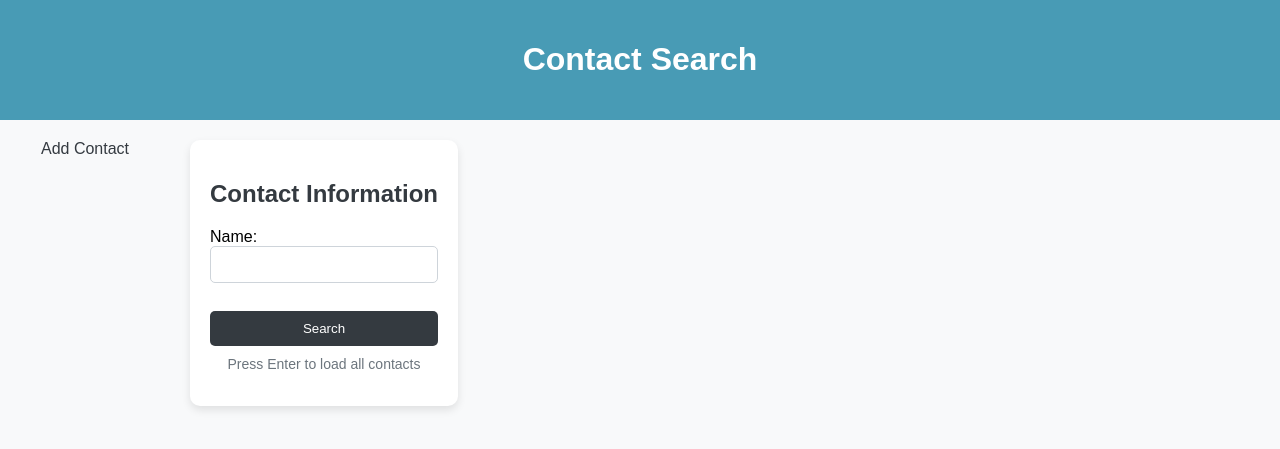
Repository: jonahnathan/techExercise
Page: webproject/src/main/webapp/simpleFormSearch.html
These files come from the project's save history. The page is drawn as it stood at one moment and after the next save; the edit follows.
The browser window is 1280 px wide. The pictures show the whole page.

Above is the page before, as saved 2024-03-28 22:58:50.

### webproject/src/main/webapp/simpleFormSearch.html
<!DOCTYPE html>
<html lang="en">
<head>
    <meta charset="UTF-8">
    <meta name="viewport" content="width=device-width, initial-scale=1.0">
    <title>Contact Search</title>
    <style>
        body {
            font-family: Arial, sans-serif;
            margin: 0;
            padding: 0;
            background-color: #f8f9fa;
        }

        header {
            background-color: #489bb5;
            color: white;
            text-align: center;
            padding: 20px;
        }

        nav {
            background-color: #f8f9fa;
            padding: 10px;
            width: 150px;
            float: left;
        }

        nav a {
            display: block;
            color: #343a40;
            text-decoration: none;
            padding: 10px 0;
            text-align: center;
        }

        nav a:hover {
            background-color: #e9ecef;
        }

        section {
            background-color: white;
            float: left;
            padding: 20px;
            margin: 20px;
            border-radius: 10px;
            box-shadow: 0 4px 8px 0 rgba(0,0,0,0.1);
        }

        section h1 {
            color: #343a40;
            margin-bottom: 20px;
            text-align: center;
        }

        form {
            max-width: 300px;
            margin: 0 auto;
        }

        input[type="text"] {
            width: 100%;
            padding: 10px;
            margin-bottom: 10px;
            border: 1px solid #ced4da;
            border-radius: 5px;
            box-sizing: border-box;
        }

        input[type="submit"] {
            width: 100%;
            padding: 10px;
            background-color: #343a40;
            color: white;
            border: none;
            border-radius: 5px;
            cursor: pointer;
        }

        input[type="submit"]:hover {
            background-color: #23272b;
        }

        footer {
            background-color: #343a40;
            color: white;
            clear: both;
            text-align: center;
            padding: 20px;
        }

        .subtitle {
            font-size: 14px;
            color: #6c757d;
            text-align: center;
            margin-top: 10px;
        }
    </style>
</head>
<body>

<header>
    <h1>Contact Search</h1>
</header>

<nav>
    <a href="/webproject/simpleFormInsert.html">Add Contact</a>
</nav>

<section>
    <h1>Contact Information</h1>
    <form action="SimpleFormSearch" method="POST">
        <label for="keyword">Name:</label><br>
        <input type="text" id="keyword" name="keyword"><br><br>
        <input type="submit" value="Search">
    </form>
    <p class="subtitle">Press Enter to load all contacts</p>
</section>


</body>
</html>

After the next save:
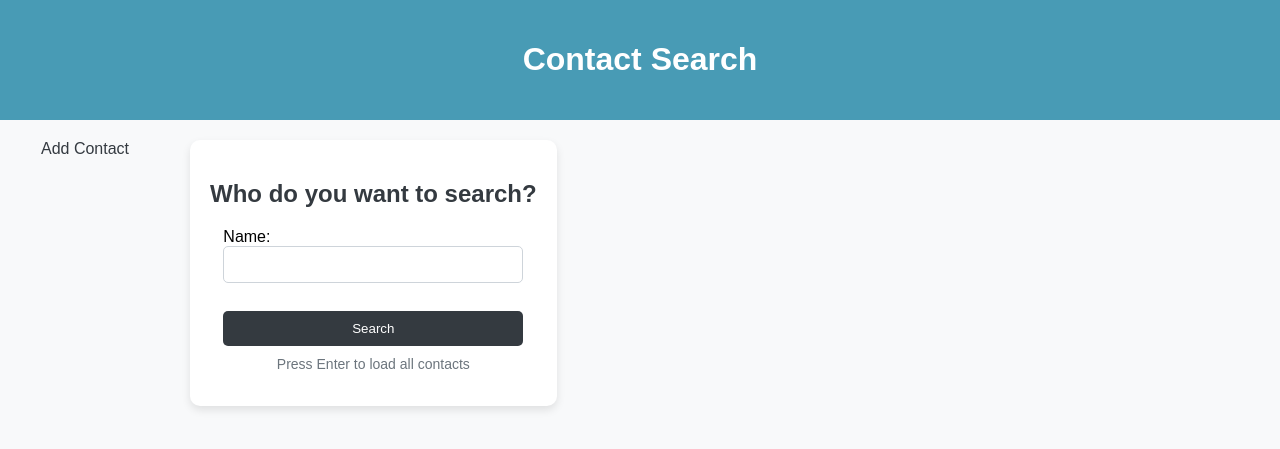
Saved 18 s later.
--- a/webproject/src/main/webapp/simpleFormSearch.html
+++ b/webproject/src/main/webapp/simpleFormSearch.html
@@ -108,7 +108,7 @@
 </nav>
 
 <section>
-    <h1>Contact Information</h1>
+    <h1>Who do you want to search?</h1>
     <form action="SimpleFormSearch" method="POST">
         <label for="keyword">Name:</label><br>
         <input type="text" id="keyword" name="keyword"><br><br>
